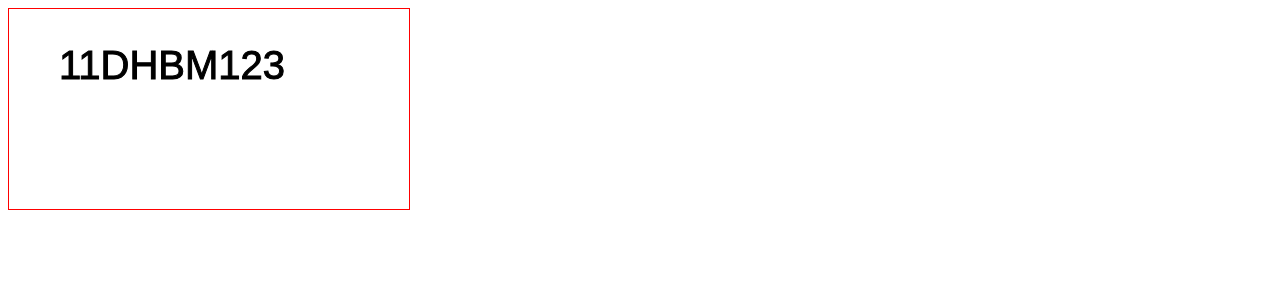
Repository: Tan-Khang21/TH_TKW--Buoi_05
Page: Bai_Tap_Mau/Bai_05/Canvas05.html
The author's editor kept a copy of each file at every save. The page is drawn from the files as they stood at one save, then again after the next save.
The browser window is 1280 px wide. The pictures show the whole page.

Above is the page before, as saved 2024-03-10 20:09:55.

After the next save:
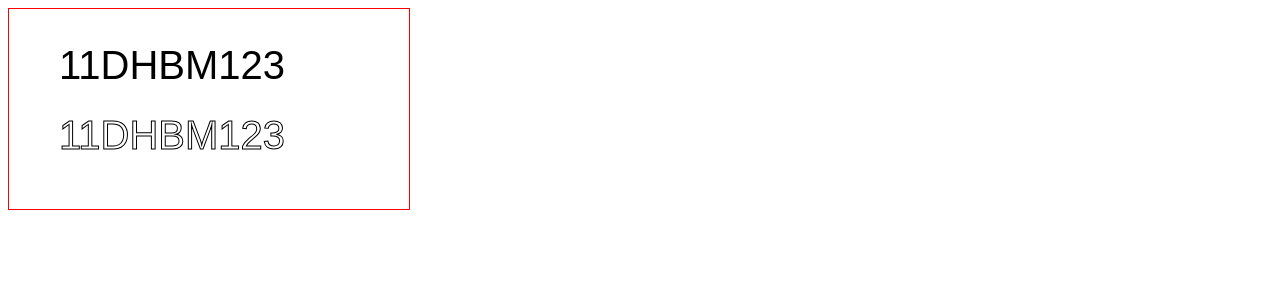
Saved 9 s later.
--- a/Bai_Tap_Mau/Bai_05/Canvas05.html
+++ b/Bai_Tap_Mau/Bai_05/Canvas05.html
@@ -18,7 +18,7 @@
       ctx.beginPath();
       ctx.font = "40px Arial";
       ctx.fillText("11DHBM123", 50, 70);
-      ctx.strokeText("11DHBM123", 50, 70);
+      ctx.strokeText("11DHBM123", 50, 140);
     </script>
   </body>
 </html>
